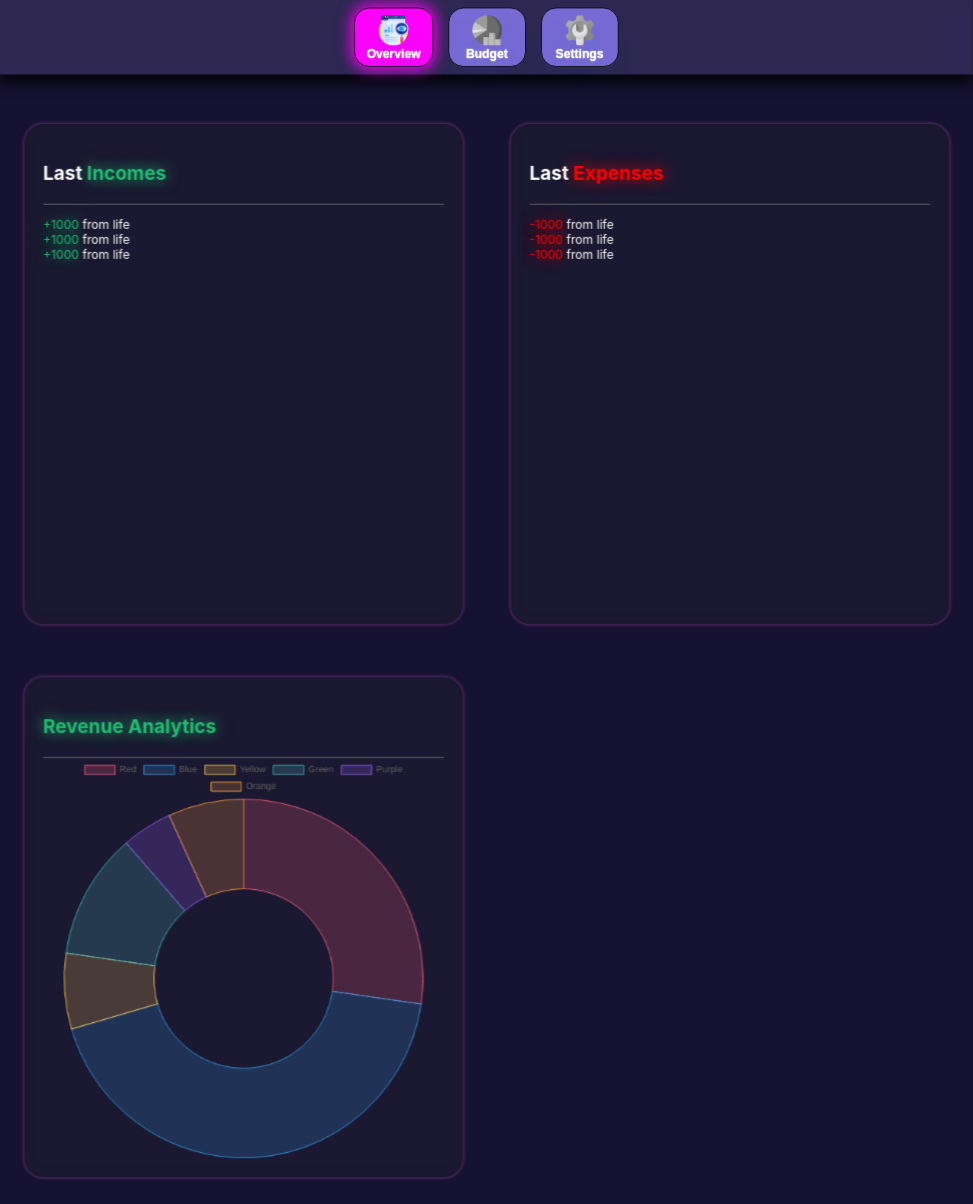
Repository: Minkeani/Money-Manager
Page: /Overview
An editor plug-in stored every save of this project. The page is shown before and after a run of saves, followed by the edit.
The browser window is 1280 px wide. The pictures show the whole page, at 76% of full size.
The project was rebuilt for these pictures with package versions that can differ from the ones it lists, and the page was loaded fresh each time. Also part of the build but not shown: src/components/Budget/Budget.module.css, src/components/Budget/Budget.jsx, src/components/Settings/Settings.jsx, src/components/NotFound/NotFound.module.css, src/components/NotFound/NotFound.jsx.

Above is the page before, as saved 2022-07-16 20:43:49.

### src/index.js
import React from 'react';
import ReactDOM from 'react-dom/client';
import './styles/index.css'
import App from './App';

const root = ReactDOM.createRoot(document.getElementById('root'));
root.render(
    <App />
);

### src/styles/index.css
:root {
  --color-theme: #161231;
	--color-white: #fff;
	--color-black: #000;
	--color-dark-gray: #10100e;
	--color-yellow: #ffff00;
	--color-blue: #6884fb;
	--color-red: #f75d83;
	--font-bold: 600;
	--color-violet: #ae72c2;
	--text-shadow-yellow:
		0 0 2px var(--color-white),
		0 0 40px var(--color-blue);

	--spacing-medium: 20px;

	--spacing-small: 10px;

	--spacing-ultra-small: 5px;

	--spacing-large: 30px;

	--font-family-main: sans-serif;

	--border-radius-small: 3px;

	--border-radius-medium: 5px;

	--margin-list: 7px;

	--font-size-main: 16px;

	--font-size-header: 26px;

	--font-size-subheader: 18px;

	/* Theme */
	--theme-light-header: #dfe2df;

	--theme-dark-header: #ca6ca6;

	--theme-neitral-header: #cccc46;

	--theme-default-header: var(--theme-neitral-header);

	--transition: .4s;

	--theme-light-bg-img: linear-gradient(to top, #b7b7b7, #a396b0, #9a72a0, #984986, #960062);

	--theme-dark-bg-img:  linear-gradient(to top, #6a2b60, #532143, #3b192b, #221118, #000000);

	--width-max: 1200px

}
body {
  margin: 0;
	padding: 0;
	background-color: var(--color-theme);
  font-family: -apple-system, BlinkMacSystemFont, 'Segoe UI', 'Roboto', 'Oxygen',
    'Ubuntu', 'Cantarell', 'Fira Sans', 'Droid Sans', 'Helvetica Neue',
    sans-serif;
  -webkit-font-smoothing: antialiased;
  -moz-osx-font-smoothing: grayscale;
}

code {
  font-family: source-code-pro, Menlo, Monaco, Consolas, 'Courier New',
    monospace;
}

### src/App.js
import styles from './App.module.css';
import Header from './components/Header/Header';
import RoutesConfig from './routes/RoutesConfig';
import { Routes, Route, BrowserRouter, Router } from 'react-router-dom';

function App() {
  return (
    <div className={styles.App}>
      <BrowserRouter>
        <div className={styles.wrapper}>
          <Header/>
            <Routes>
              {RoutesConfig.map((route, index) => (
                <Route
                  key={index}
                  exact={route.exact}
                  element={<route.element/>}
                  path={route.path}
                />
              ))}
            </Routes>
        </div>
      </BrowserRouter>
    </div>
  );
}

export default App;

### src/App.module.css
.App {
  text-align: center;
  display: flex;
  justify-content: center;
  align-items: center;
  margin: 0 auto;
}

.App-logo {
  height: 40vmin;
  pointer-events: none;
}

.wrapper {
  width: 100%;
}

@media (prefers-reduced-motion: no-preference) {
  .App-logo {
    animation: App-logo-spin infinite 20s linear;
  }
}

.App-header {
  background-color: #282c34;
  min-height: 100vh;
  display: flex;
  flex-direction: column;
  align-items: center;
  justify-content: center;
  font-size: calc(10px + 2vmin);
  color: white;
}

.App-link {
  color: #61dafb;
}

@keyframes App-logo-spin {
  from {
    transform: rotate(0deg);
  }
  to {
    transform: rotate(360deg);
  }
}

### src/components/Header/Header.jsx
import React, {useState} from 'react'
import styles from './Header.module.scss'
import { Link } from 'react-router-dom';
import Budget from '../../icons/budget.svg'
import overview from '../../icons/Overview.svg'
import settings from '../../icons/settings.svg'
import { motion } from "framer-motion";


export default function Header() {
  const [active, setActive] = useState(1)

  const HeaderAnimation = {
    hidden: {
      y: 100,
      opacity: 0
    },
    visible: custom => ({
      y: 0,
      opacity: 1,
      transition: {delay: custom * 0.2}
    })
  };


  return (
    <motion.div
      initial="hidden"
      whileInView="visible"
      viewport={{ amount: 0.3, once: true }}
      variants={HeaderAnimation}
      className={styles.container}>
    <ul className={styles.list__container}>
        <li
          onClick={() => setActive(1)}
          className={active === 1 ? styles.active : ''}
        >
            <Link to='/Overview' exact='true' >
                 <img src={overview} alt="" />
                Overview</Link>
        </li>
        <li
          onClick={() => setActive(2)}
          className={active === 2 ? styles.active : ''}
          >
            <Link to='/Budget' exact='true' >
               <img src={Budget} alt="" />
              Budget</Link></li>
        <li
           onClick={() => setActive(3)}
           className={active === 3 ? styles.active : ''}
          >
            <Link to="/Settings" exact='true'>
              <img src={settings} alt="" />
              Settings</Link></li>
    </ul>

    </motion.div>
  )
}

### src/routes/RoutesConfig.js
import Budget from "../components/Budget/Budget"
import Overview from "../components/Overview/Overview"
import Settings from "../components/Settings/Settings"
import NotFound from "../components/NotFound/NotFound"

const RoutesConfig = [
    {
        path: '/Budget',
        exact: true,
        element: Budget
    },
    {
        path: '/Overview',
        exact: true,
        element: Overview
    },
    {
        path: '/Settings',
        exact: true,
        element: Settings
    }, {
        path: '/NotFound',
        exact: true,
        element: NotFound
    },

]

export default RoutesConfig

### src/components/Header/Header.module.scss
.container {
    display: flex;
    align-items: center;
    justify-content: center;
    margin-bottom: var(--spacing-large);
    background-color: #2d2751;
    width: 100%;
    box-shadow: 0px 7px 20px 2px ;
}
.list__container {
    display: flex;
    flex-wrap: wrap;
    margin: 0;
    padding: 0;
    list-style-type: none;
}

.list__container li {
    background-color: #7869d3;
    flex-direction: column;
    border: 1px solid black;
    margin: 10px;
    border-radius: 20px;
    cursor: pointer
}

.list__container li:hover {
    background-color: #dd6edb;

}



.list__container a {
    display: flex;
    align-items: center;
    flex-direction: column;
    margin: 0 10px;
    padding: 5px 3px;
    min-width: 70px;
    border: 2px solid transparent;
    border-radius: var(--border-radius-small);
    color: var(--color-white);
    text-align: center;
    font-family: var(--font-family-main);
    text-decoration: none;
    font-weight: var(--font-bold);
    text-shadow: var(--text-shadow-yellow);
    transition: var(--transition);
}

.list__container .active {
    background-color: #ff00fa;
    box-shadow: 0 0 20px 3px #ff00fa;
     img {
        filter: grayscale(0);
    }

}



.list__container img {
    height: 2.5rem;
    margin: 0.1375rem;
    width: 2.5rem;
    filter: grayscale(1);
}
.list__container :global(a.active) {
    border: 2px solid var(--color-violet);
    color: var(--color-violet);
    text-shadow: none;
}

.logo {
    width: 60px;
    height: 60px;
    margin-right: var(--spacing-large);
    object-fit: cover;
    object-position: center center;
}

@media (max-width: 365px) {
    .list__container a {
        min-width: 65px;
    }
  }

### src/components/Overview/Overview.jsx
import React from 'react'
import OverviewBlock from '../OverviewBlocks/OverviewBlock/OverviewBlock'
import styles from './Overview.module.css'
import Charts from '../OverviewBlocks/OverviewCharts/Charts'

// const [blocks, setBlocks] = useState([
//   {type: 'Incomes', sign: '+', classes: 'money', array:  [{money: 1000, category: 'life'}, {money: 1000, category: 'life'}, {money: 1000, category: 'life'}]},
//   {type: 'Expenses', sign: '-', classes: 'Remoney', array:  [{money: 1000, category: 'life'}, {money: 1000, category: 'life'}, {money: 1000, category: 'life'}]}
// ])

// export const data = [
//   labels: ['Red', 'Blue', 'Yellow', 'Green', 'Purple', 'Orange'],
//   datasets: [
//     {
//       label: '# of Votes',
//       data: [12, 19, 3, 5, 2, 3],
//       backgroundColor: [
//         'rgba(255, 99, 132, 0.2)',
//         'rgba(54, 162, 235, 0.2)',
//         'rgba(255, 206, 86, 0.2)',
//         'rgba(75, 192, 192, 0.2)',
//         'rgba(153, 102, 255, 0.2)',
//         'rgba(255, 159, 64, 0.2)',
//       ],
//       borderColor: [
//         'rgba(255, 99, 132, 1)',
//         'rgba(54, 162, 235, 1)',
//         'rgba(255, 206, 86, 1)',
//         'rgba(75, 192, 192, 1)',
//         'rgba(153, 102, 255, 1)',
//         'rgba(255, 159, 64, 1)',
//       ],
//       borderWidth: 1,
//     },
//   ],
// ]

export default function Overview() {
  return (
    <div className={styles.container}>
      <OverviewBlock/>
      <Charts/>
    </div>
  )
}

### src/components/OverviewBlocks/OverviewBlock/OverviewBlock.jsx
import React, {useState} from 'react';
import styles from './Overview.module.css'

const OverviewBlock = () => {
    const [blocks, setBlocks] = useState([
        {type: 'Incomes', sign: '+', classes: 'money', array:  [{money: 1000, category: 'life'}, {money: 1000, category: 'life'}, {money: 1000, category: 'life'}]},
        {type: 'Expenses', sign: '-', classes: 'Remoney', array:  [{money: 1000, category: 'life'}, {money: 1000, category: 'life'}, {money: 1000, category: 'life'}]}
])

    return (
        <>
            {blocks.map(({type, sign, classes, array}) => (
                    <div className={styles.container}>
                        <h3 className={styles.title}>Last <span className={classes === 'money' ? styles.money : styles.Remoney}>{type}</span></h3>
                        <div className={styles.dilivar}></div>
                            <ul className={styles.list}>
                                    {array.map(({money, category}) => (
                                        <li><span className={classes === 'money' ? styles.money : styles.Remoney}>{sign}{money}</span> from <span>{category}</span></li>
                                    ))}
                            </ul>
                        </div>
            )
            )}

        </>
    );
}

export default OverviewBlock;

### src/components/Overview/Overview.module.css
.container {
    display: grid;
    grid-template-columns: 1fr 1fr;
    grid-template-rows: 1fr 1fr;
    padding: 10px;
    gap: 20px 20px;
    justify-items: center;
}

@media (max-width: 900px) {
    .container  {
        grid-template-columns: 1fr;
        grid-template-rows: 1fr 1fr;
    }
  }

### src/components/OverviewBlocks/OverviewCharts/Charts.jsx
import React from 'react'
import styles from '../OverviewBlock/Overview.module.css'
import { Chart as ChartJS, ArcElement, Tooltip, Legend } from 'chart.js';
import { Doughnut } from 'react-chartjs-2';

ChartJS.register(ArcElement, Tooltip, Legend);

export const data = {
    labels: ['Red', 'Blue', 'Yellow', 'Green', 'Purple', 'Orange'],
    datasets: [
      {
        label: '# of Votes',
        data: [12, 19, 3, 5, 2, 3],
        backgroundColor: [
          'rgba(255, 99, 132, 0.2)',
          'rgba(54, 162, 235, 0.2)',
          'rgba(255, 206, 86, 0.2)',
          'rgba(75, 192, 192, 0.2)',
          'rgba(153, 102, 255, 0.2)',
          'rgba(255, 159, 64, 0.2)',
        ],
        borderColor: [
          'rgba(255, 99, 132, 1)',
          'rgba(54, 162, 235, 1)',
          'rgba(255, 206, 86, 1)',
          'rgba(75, 192, 192, 1)',
          'rgba(153, 102, 255, 1)',
          'rgba(255, 159, 64, 1)',
        ],
        borderWidth: 1,
      },
    ],
  }

export default function Charts() {
  return (
    <div className={styles.container}>
        <h3 className={styles.title}><span className={styles.money}>Revenue Analytics</span></h3>
        <div className={styles.dilivar}></div>
        <Doughnut data={data} />
    </div>
  )
}

### src/components/OverviewBlocks/OverviewBlock/Overview.module.css
.container {
    display: flex;
    flex-direction: column;
    align-items: start;
    overflow-y: auto;
    border-radius: 1.5625rem;
    width: 85%;
    padding: 25px;
    margin: 25px;
    background: rgba(50, 50, 50, 0.2);
    backdrop-filter: blur(10px);
    box-shadow: 0 0 5px 0px #8e4a8e;
    color: white;
}

.title {
    color: #fff;
    font-size: 1.5625rem;
}

.dilivar {
    background-color: #707175;
    height: 1px;
    width: 100%;
}

.money {
    color: #21bf73;
    text-shadow: 0 0 20px #21bf73;
}

.Remoney {
    color: red;
    text-shadow: 0 0 20px red;
}

.list {
    list-style-type: none;
    padding: 0;
}

Loaded but not shown: public/index.html (common file)

After the next 5 saves:
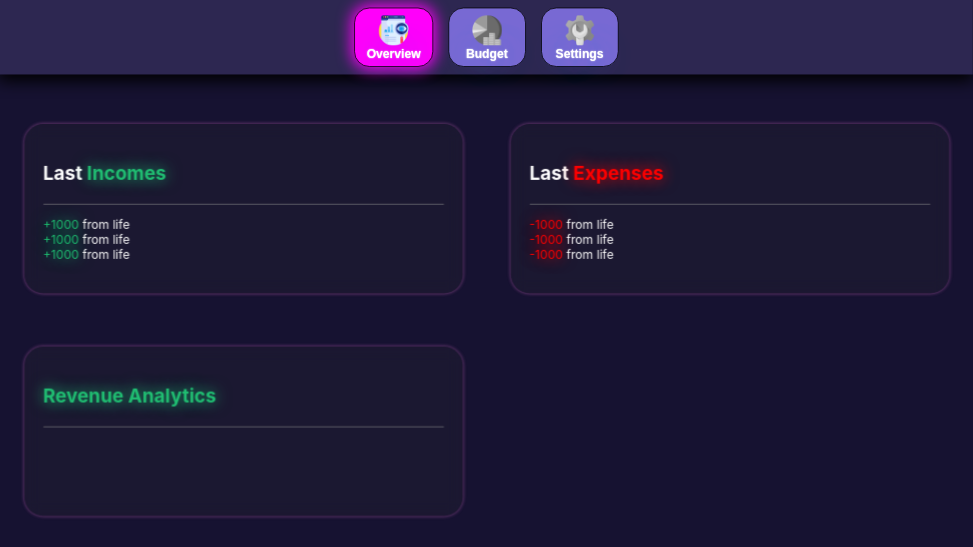
The 5 saves are shown as one change because 4 did not build or start.
The last was saved 12 min 17 s later.
--- a/src/components/OverviewBlocks/OverviewCharts/Charts.jsx
+++ b/src/components/OverviewBlocks/OverviewCharts/Charts.jsx
@@ -2,42 +2,16 @@ import React from 'react'
 import styles from '../OverviewBlock/Overview.module.css'
 import { Chart as ChartJS, ArcElement, Tooltip, Legend } from 'chart.js';
 import { Doughnut } from 'react-chartjs-2';
+import data from '../../Overview/Overview'
 
 ChartJS.register(ArcElement, Tooltip, Legend);
-
-export const data = {
-    labels: ['Red', 'Blue', 'Yellow', 'Green', 'Purple', 'Orange'],
-    datasets: [
-      {
-        label: '# of Votes',
-        data: [12, 19, 3, 5, 2, 3],
-        backgroundColor: [
-          'rgba(255, 99, 132, 0.2)',
-          'rgba(54, 162, 235, 0.2)',
-          'rgba(255, 206, 86, 0.2)',
-          'rgba(75, 192, 192, 0.2)',
-          'rgba(153, 102, 255, 0.2)',
-          'rgba(255, 159, 64, 0.2)',
-        ],
-        borderColor: [
-          'rgba(255, 99, 132, 1)',
-          'rgba(54, 162, 235, 1)',
-          'rgba(255, 206, 86, 1)',
-          'rgba(75, 192, 192, 1)',
-          'rgba(153, 102, 255, 1)',
-          'rgba(255, 159, 64, 1)',
-        ],
-        borderWidth: 1,
-      },
-    ],
-  }
 
 export default function Charts() {
   return (
     <div className={styles.container}>
         <h3 className={styles.title}><span className={styles.money}>Revenue Analytics</span></h3>
         <div className={styles.dilivar}></div>
-        <Doughnut data={data} />
+        {/* <Doughnut data={data[0]} /> */}
     </div>
   )
 }
